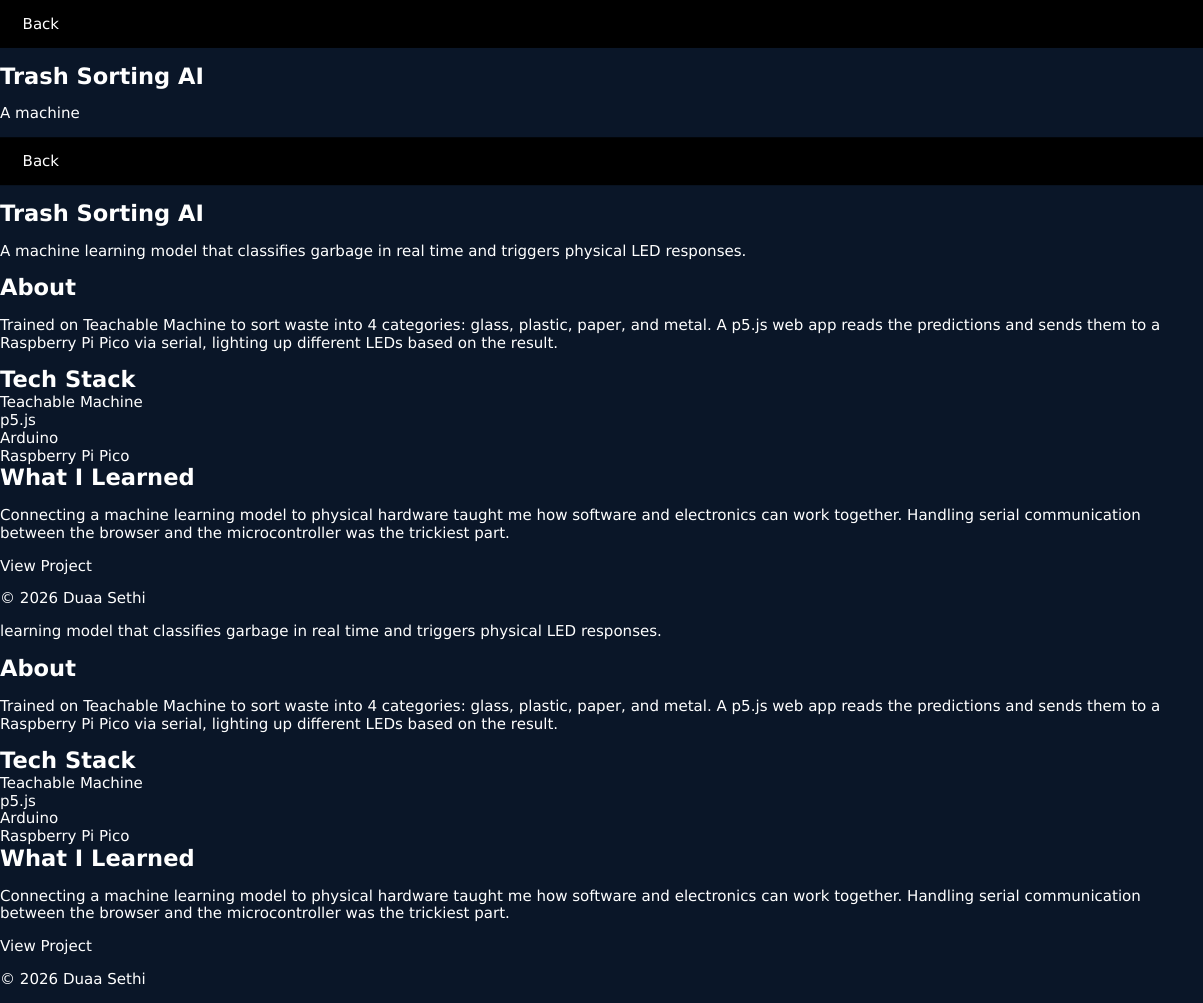
Repository: Duaa-Sethi/Duaa-Sethi
Page: pages/trash-sorting.html
The author's editor kept a copy of each file at every save. The page is drawn from the files as they stood at one save, then again after the next save.
The browser window is 1280 px wide. The pictures show the whole page, at 94% of full size.
Some web fonts or font styles are not loaded; a fallback is used.

Above is the page before, as saved 2026-05-08 17:24:46.

### pages/trash-sorting.html
<!doctype html>
<html lang="en">
  <head>
    <meta charset="UTF-8" />
    <meta name="viewport" content="width=device-width, initial-scale=1.0" />
    <title>Trash Sorting AI | Duaa Sethi</title>
    <link rel="stylesheet" href="../styles/globals.css" />
    <link rel="stylesheet" href="../styles/project.css" />
  </head>
  <body>
    <nav>
      <ul>
        <li><a href="../index.html" class="tag">Back</a></li>
      </ul>
    </nav>

    <main>
      <h1>Trash Sorting AI</h1>
      <p>
        A machine <!doctype html>
        <html lang="en">
          <head>
            <meta charset="UTF-8" />
            <meta
              name="viewport"
              content="width=device-width, initial-scale=1.0"
            />
            <title>Trash Sorting AI | Duaa Sethi</title>
            <link rel="stylesheet" href="../styles/globals.css" />
            <link rel="stylesheet" href="../styles/project.css" />
          </head>
          <body>
            <nav>
              <ul>
                <li><a href="../index.html" class="tag">Back</a></li>
              </ul>
            </nav>

            <main>
              <h1>Trash Sorting AI</h1>
              <p>
                A machine learning model that classifies garbage in real time
                and triggers physical LED responses.
              </p>

              <h2>About</h2>
              <p>
                Trained on Teachable Machine to sort waste into 4 categories:
                glass, plastic, paper, and metal. A p5.js web app reads the
                predictions and sends them to a Raspberry Pi Pico via serial,
                lighting up different LEDs based on the result.
              </p>

              <h2>Tech Stack</h2>
              <ul class="tags">
                <li>Teachable Machine</li>
                <li>p5.js</li>
                <li>Arduino</li>
                <li>Raspberry Pi Pico</li>
              </ul>

              <h2>What I Learned</h2>
              <p>
                Connecting a machine learning model to physical hardware taught
                me how software and electronics can work together. Handling
                serial communication between the browser and the microcontroller
                was the trickiest part.
              </p>

              <a
                href="https://editor.p5js.org/duairfansethi/full/mdRLpCkG2"
                target="blank"
                class="btn"
                >View Project</a
              >
            </main>

            <footer>
              <p>© 2026 Duaa Sethi</p>
            </footer>
          </body>
        </html>
        learning model that classifies garbage in real time and triggers
        physical LED responses.
      </p>

      <h2>About</h2>
      <p>
        Trained on Teachable Machine to sort waste into 4 categories: glass,
        plastic, paper, and metal. A p5.js web app reads the predictions and
        sends them to a Raspberry Pi Pico via serial, lighting up different LEDs
        based on the result.
      </p>

      <h2>Tech Stack</h2>
      <ul class="tags">
        <li>Teachable Machine</li>
        <li>p5.js</li>
        <li>Arduino</li>
        <li>Raspberry Pi Pico</li>
      </ul>

      <h2>What I Learned</h2>
      <p>
        Connecting a machine learning model to physical hardware taught me how
        software and electronics can work together. Handling serial
        communication between the browser and the microcontroller was the
        trickiest part.
      </p>

      <a
        href="https://editor.p5js.org/duairfansethi/full/mdRLpCkG2"
        target="blank"
        class="btn"
        >View Project</a
      >
    </main>

    <footer>
      <p>© 2026 Duaa Sethi</p>
    </footer>
  </body>
</html>

### styles/globals.css
/* FONT DEFS */
@font-face {
  font-family: "main font";
  src: url(../assets/fonts/NewsCycle-Regular.ttf);
}

/* CROSS PAGE STYLES */
body {
  font-family: "main font", Verdana, sans-serif;
  color: white;
  margin: 0;
}

h1 {
  font-weight: bold;
  font-size: 1.5rem; /* too small for desktop*/
}

a {
  text-decoration: none;
  color: white;
}
h2,
h3 {
  margin: 0;
}
a:hover {
  text-decoration: underline;
}
ul {
  list-style: none;
  padding: 0;
  margin: 0;
}

### styles/project.css
body {
  background-color: #0a1628;
}
nav {
  background-color: black;
  padding: 1rem 1.5rem;
}

After the next save:
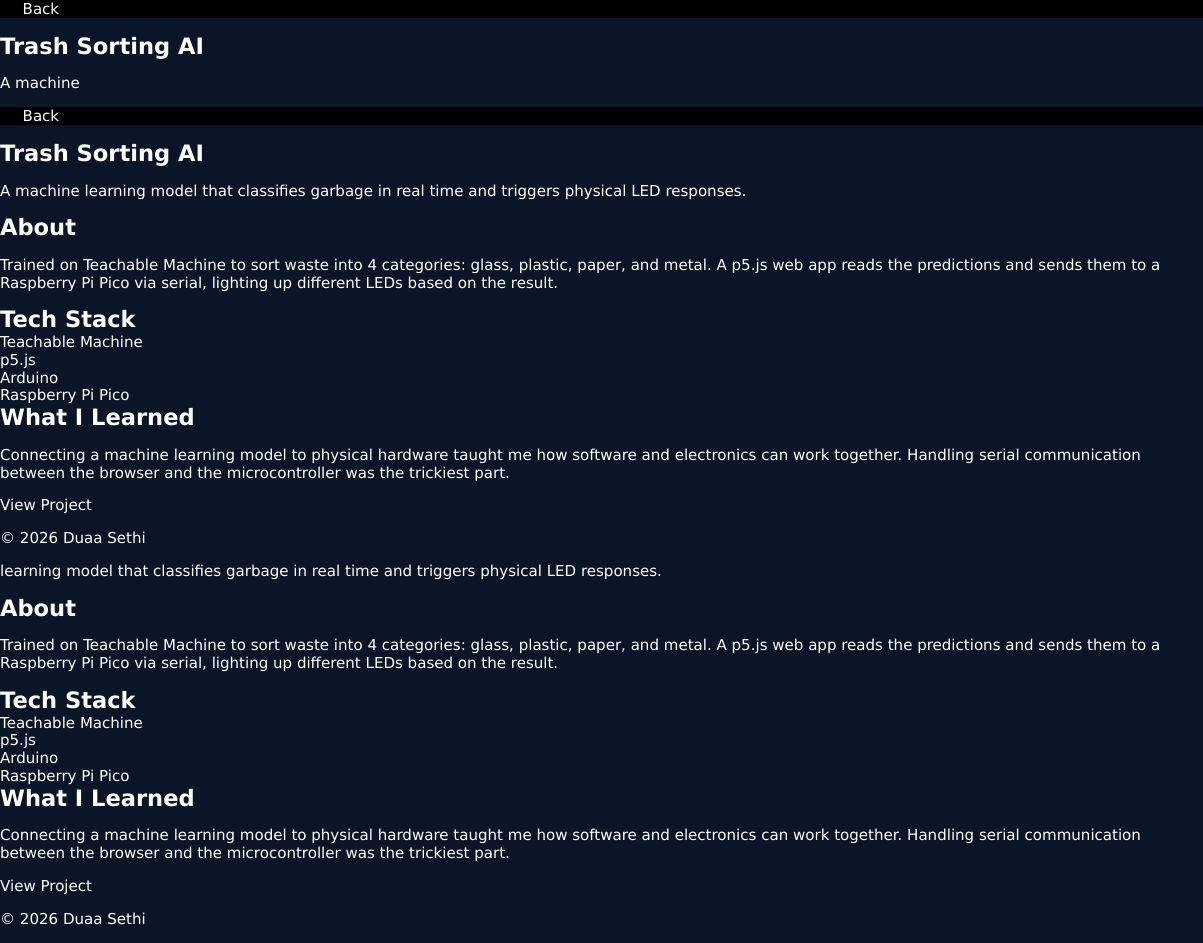
Saved 44 s later.
--- a/styles/project.css
+++ b/styles/project.css
@@ -3,5 +3,5 @@ body {
 }
 nav {
   background-color: black;
-  padding: 1rem 1.5rem;
+  padding: 0 1.5rem;
 }
